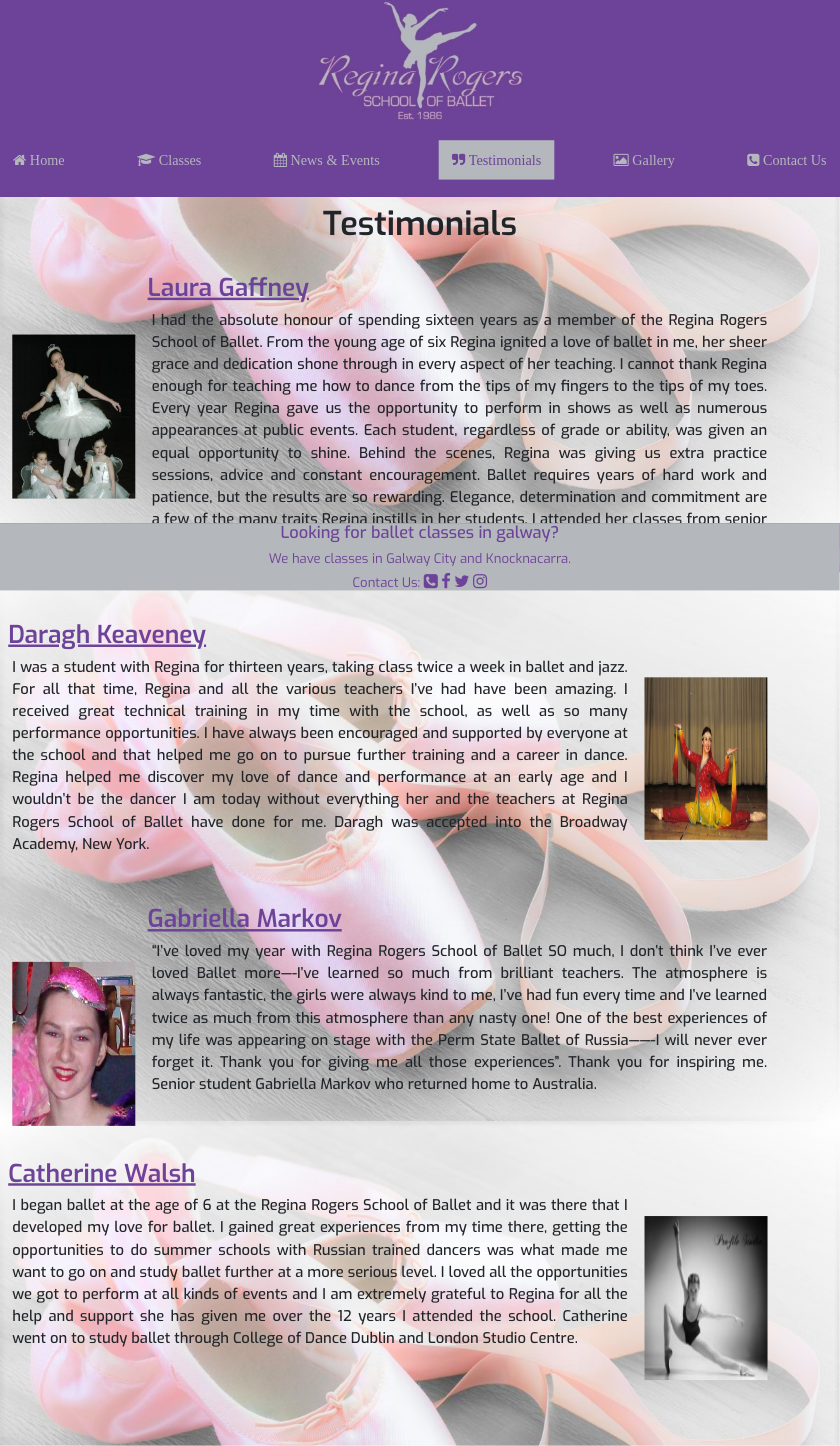
Repository: davidtmiller2010/galwayballet
Page: testimonial.html
The author's editor kept a record of every edit. The page is drawn from the files as they stood at one moment, then again after the next edit.
The browser window is 1024 px wide. The pictures show the whole page, at 82% of full size.

Above is the page before.

### testimonial.html
<!DOCTYPE html>
<html lang="en">

<head>
    <meta charset="UTF-8">
    <meta name="viewport" content="width=device-width, initial-scale=1.0">
    <meta http-equiv="X-UA-Compatible" content="ie=edge">
    <link rel="stylesheet" href="https://stackpath.bootstrapcdn.com/bootstrap/4.3.1/css/bootstrap.min.css" type="text/css" />
    <link rel="stylesheet" href="https://stackpath.bootstrapcdn.com/font-awesome/4.7.0/css/font-awesome.min.css" type="text/css" />
    <link rel="stylesheet" href="assets/css/style.css" type="text/css" />
    <link href="https://fonts.googleapis.com/css?family=Exo|Roboto" rel="stylesheet">
    <link href="https://fonts.googleapis.com/css?family=Dancing+Script" rel="stylesheet">
    <title>Regina Rogers</title>
</head>

<body>
    <header>
        <div>
            <li><i class="bars fa fa-bars"> MENU </i></li>
            <div id="logo">
                <!---logo--->
            </div>
        </div>
        <div>
            <ul class="navbar">
                <li><a href="index.html"><i class="fa fa-home fa-lg"> Home</i></a></li>
                <li><a href="classes.html"><i class="fa fa-graduation-cap fa-lg"> Classes</i></a></li>
                <li><a href="news.html"><i class="fa fa-calendar fa-lg"> News & Events</i></a></li>
                <li><a href="testimonial.html" class="active"><i class="fa fa-quote-right fa-lg"> Testimonials</i></a></li>
                <li><a href="gallery.html"><i class="fa fa-image fa-lg"> Gallery</i></a></li>
                <li><a href="contact.html"><i class="fa fa-phone-square fa-lg"> Contact Us</i></a></li>
            </ul>
        </div>
    </header>
    <section class="container-fluid1">
        <h2 class="heading">Testimonials</h2>
        <div class="row row1">
            <div class="col-sm-hidden">
                <img src="assets/images/laura.jpg" class="image">
            </div>
            <div class="testimonials">
                <h5 class="testhead">Laura Gaffney</h5>
                </br>
                <p class="paragraph">I had the absolute honour of spending sixteen years as a member of the Regina Rogers School of Ballet. From the young age of six Regina ignited a love of ballet in me, her sheer grace and dedication shone through in every aspect of her
                    teaching. I cannot thank Regina enough for teaching me how to dance from the tips of my fingers to the tips of my toes. Every year Regina gave us the opportunity to perform in shows as well as numerous appearances at public events.
                    Each student, regardless of grade or ability, was given an equal opportunity to shine. Behind the scenes, Regina was giving us extra practice sessions, advice and constant encouragement. Ballet requires years of hard work and patience,
                    but the results are so rewarding. Elegance, determination and commitment are a few of the many traits Regina instills in her students. I attended her classes from senior infants until well into my college years. I will be forever grateful
                    to Regina, not only for the skills I have learned(and earned!), but for her kindness and friendship throughout.
                </p>
            </div>
        </div>
        <div class="row row1">
            <div class="testimonials paragraph">
                <h5 class="testhead">Daragh Keaveney</h5>
                <p class="paragraph">I was a student with Regina for thirteen years, taking class twice a week in ballet and jazz. For all that time, Regina and all the various teachers I’ve had have been amazing. I received great technical training in my time with the school,
                    as well as so many performance opportunities. I have always been encouraged and supported by everyone at the school and that helped me go on to pursue further training and a career in dance. Regina helped me discover my love of dance
                    and performance at an early age and I wouldn’t be the dancer I am today without everything her and the teachers at Regina Rogers School of Ballet have done for me. Daragh was accepted into the Broadway Academy, New York.
                </p>
            </div>
            <div class="col-sm-hidden">
                <img src="assets/images/daragh.jpg" class="image">
            </div>
        </div>
        <div class="row row1">
            <div class="col-sm-hidden">
                <img src="assets/images/gabriella.jpg" class="image">
            </div>
            <div class="testimonials paragraph">
                <h5 class="testhead">Gabriella Markov</h5>
                <p class="paragraph">“I’ve loved my year with Regina Rogers School of Ballet SO much, I don’t think I’ve ever loved Ballet more—-I’ve learned so much from brilliant teachers. The atmosphere is always fantastic, the girls were always kind to me, I’ve had fun
                    every time and I’ve learned twice as much from this atmosphere than any nasty one! One of the best experiences of my life was appearing on stage with the Perm State Ballet of Russia——-I will never ever forget it. Thank you for giving
                    me all those experiences”. Thank you for inspiring me. Senior student Gabriella Markov who returned home to Australia.
                </p>
            </div>
        </div>
        <div class="row row1">
            <div class="testimonials paragraph">
                <h5 class="testhead">Catherine Walsh</h5>
                <p class="paragraph">I began ballet at the age of 6 at the Regina Rogers School of Ballet and it was there that I developed my love for ballet. I gained great experiences from my time there, getting the opportunities to do summer schools with Russian trained
                    dancers was what made me want to go on and study ballet further at a more serious level. I loved all the opportunities we got to perform at all kinds of events and I am extremely grateful to Regina for all the help and support she
                    has given me over the 12 years I attended the school. Catherine went on to study ballet through College of Dance Dublin and London Studio Centre.
                </p>
            </div>
            <div class="col-sm-hidden">
                <img src="assets/images/catherine.jpg" alt="Catherine Walsh" class="image">
            </div>
        </div>
    </section>
    <footer>
        <div class="footermessage">
            <h5 class="uppercase">Looking for ballet classes in galway?</h5>
            <p class="inline-block footermessage">
                We have classes in Galway City and Knocknacarra.
                <br> Contact Us:
                <a href="contact.html" target="_blank">
                    <i class="fa fa-phone-square infobutton" aria-hidden="true"></i>
                </a>
                <a target="_blank" href="https://www.facebook.com/Regina-Rogers-School-of-Ballet-568812096482190/">
                    <i class="fa fa-facebook infobutton" aria-hidden="true"></i>
                        <span class="sr-only">Facebook</span>
                </a>
                <a target="_blank" href="https://twitter.com/Twitter">
                    <i class="fa fa-twitter infobutton" aria-hidden="true"></i>
                        <span class="sr-only">Twitter</span>
                </a>
                <a target="_blank" href="https://www.instagram.com/instagram/">
                    <i class="fa fa-instagram infobutton" aria-hidden="true"></i>
                        <span class="sr-only">Instagram</span>
                </a>
            </p>
        </div>
    </footer>
    <script src="app.js"></script>
    <script src="https://code.jquery.com/jquery-3.3.1.slim.min.js" integrity="sha384-q8i/X+965DzO0rT7abK41JStQIAqVgRVzpbzo5smXKp4YfRvH+8abtTE1Pi6jizo" crossorigin="anonymous"></script>
    <script src="https://cdnjs.cloudflare.com/ajax/libs/popper.js/1.14.7/umd/popper.min.js" integrity="sha384-UO2eT0CpHqdSJQ6hJty5KVphtPhzWj9WO1clHTMGa3JDZwrnQq4sF86dIHNDz0W1" crossorigin="anonymous"></script>
    <script src="https://stackpath.bootstrapcdn.com/bootstrap/4.3.1/js/bootstrap.min.js" integrity="sha384-JjSmVgyd0p3pXB1rRibZUAYoIIy6OrQ6VrjIEaFf/nJGzIxFDsf4x0xIM+B07jRM" crossorigin="anonymous"></script>
</body>

### assets/css/style.css
@import url('https://fonts.googleapis.com/css?family=Exo:100,200,300,400,500,600,700|Roboto:100,200,300,400,500,600,700');

/*----------colors---------*/

.bg-color-details {
    background: none;
    color: #6D4399;
}

.formbg {
    background: none;
}

.bg-color-contact {
    color: #6D4399;
    background: none;
}

.submit {
    color: darkgreen;
    border: solid #B4B7BC;
    margin-top: 5px;
    font-weight: bold;
    padding: 10px;
    margin: 5px 10px 0 10px;
}

.reset {
    border: solid #B4B7BC;
    color: darkred;
    margin-top: 5px;
    font-weight: bold;
    padding: 10px;
    margin: 5px 10px 0 10px;
}

.bars {
    background-color: #6D4399;
    color: #B4B7BC;
    margin-left: 10px;
    margin-top: 10px;
    padding: 0;
    top: 0;
    display: block;
    cursor: pointer;
    z-index: 2;
    position: fixed
}

.form-control {
    border: solid #B4B7BC;
}

/*----------Header---------*/

header {
    margin-bottom: 0;
}

.icons {
    display: none;
}

ul {
    list-style-type: none;
    margin-bottom: 0;
    margin-top: 0;
    padding: 0;
    background-color: #6D4399;
}

li {
    float: left;
    list-style: none;
}

li a {
    display: block;
    color: #B4B7BC;
    text-align: center;
    padding: 14px 16px;
    text-decoration: none;
}

li a:hover:not(.active) {
    background-color: #B4B7BC;
}

li a:hover {
    color: white;
    background-color: #6D4399;
}

.active {
    background-color: #B4B7BC;
    color: #6D4399;
}

.headers1 {
    text-align: center;
}

/*----------body---------*/

body {
    top: 20px;
    background-image: url("../images/balletshoes.jpg");
    background-size: 100%;
    font-family: "Exo", sans-serif;
}

#logo {
    background: #6D4399;
    background-image: url("../images/reginalogo3.jpg");
    background-position: center;
    background-repeat: no-repeat;
    background-size: contain;
    top: 0;
    width: 100%;
    position: fixed;
    height: 150px;
    padding: 0;
    margin: 0;
    z-index: 1;
}

.row {
    margin-left: 25px;
    margin-right: 25px;
}

.row1 {
    margin: 10px 5px;
}

.layout {
    z-index: -1;
}

.paragraph {
    margin: 10px 5px;
    text-align: justify;
    text-justify: inter-word;
    font-family: "Exo", Times, serif;
    font-size: 18px;
    font-weight: 500;
    z-index: -1;
}

/*----------Footer---------*/

footer {
    background: #6D4399;
    color: #6D4399;
    padding-bottom: 0px;
    margin: 0;
    text-align: center;
    height: 60px;
    position: fixed;
    width: 100%;
    bottom: 22px;
}

.footermessage {
    background-color: #B4B7BC;
    margin: 0;
    height: 50px;
    padding: 0px;
}

.infobutton {
    background-color: #B4B7BC;
    font-size: 20px;
    color: #6D4399;
    margin: 0;
    margin-top: 5px;
    padding: 0;
    transition: all 0.5s ease-in-out;
    -moz-transition: all 0.5s ease-in-out;
    -webkit-transition: all 0.5s ease-in-out;
    -o-transition: all 0.5s ease-in-out;
}

.infobutton:hover {
    color: white;
}

/*----------Tables---------*/

table th {
    background: #6D4399;
    color: white;
    border: solid;
    border-color: #6D4399;
    text-align: center;
}

table td {
    border: solid;
    color: black;
    border-color: #6D4399;
}

#formstyle {
    width: 50%;
    display: inline-block;
    text-align: center;
    margin-left: 25%;
    margin-right: 25%;
}

.form-row {
    margin-top: 5px;
}

/*----------General---------*/

.headers {
    font-weight: 800;
    font-family: "Exo", sans-serif;
    text-align: center;
    text-decoration: underline;
}

.heading {
    font-weight: 600;
    font-family: "Exo", sans-serif;
    text-align: center;
    margin-top: 10px;
    font-size: 40px;
}

.headerstyle {
    font-weight: 700;
    font-family: "Exo", sans-serif;
    text-align: center;
    margin-bottom: 15px;
}

.testhead {
    font-weight: 600;
    font-family: "Exo", sans-serif;
    text-align: center;
    margin-top: 20px;
    font-size: 30px;
    text-decoration: underline;
    float: left;
    width: 100%;
    color: #6D4399;
}

.container-fluid1 {
    padding: 0;
    margin-top: 150px;
    margin-bottom: 80px;
    height: 100%;
    width: 100%;
}

.contact-heading {
    margin: 25px 0;
}

.gallery {
    width: 100%;
    text-align: center;
}

.news {
    z-index: -1;
    font-weight: 600;
    text-align: center;
    margin: 10px 0 20px 0px;
}

.newsheader {
    margin-top: 10px;
    text-align: center;
    text-decoration: underline;
    font-weight: bold;
    color: #696969;
}

.bordernews {
    border-style: solid;
    border-width: 1px;
    font-weight: 600;
}

/*----------Testimonials---------*/

.testimonials {
    padding: 0;
    margin: 5px;
    width: 95%;
    text-align: justify;
    z-index: -1;
    font-weight: 600;
    font-family: "Exo", sans-serif;
}

/*----------Media Queries---------*/

@media screen and (max-width: 767px) {
    /* Mobile */
    ul {
        font-size: 15px;
    }

    nav ul a {
        margin-right: 60%;
        display: inline-block;
    }

    .fontsize {
        font-size: 20px;
        margin-bottom: 25px;
        text-align: left;
        margin-right: 10px;
        font-weight: 600;
    }

    .footermessage {
        font-size: 15px;
    }

    .center {
        width: 50%;
        display: block;
        margin-left: auto;
        margin-right: auto;
        height: 50%;
    }

    .table {
        border: solid;
        width: 90%;
        height: 100%;
        color: black;
        border-color: #6D4399;
        margin-left: 10%;
        margin-right: 10%;
        background-color: #B4B7BC;
        overflow: auto;
        font-size: 17px;
    }

    .responsive {
        overflow: auto;
        height: 100%;
        width: 340px;
        margin: 0;
    }

    .newsheader {
        margin-top: 15px;
    }

    h6 {
        font-size: 30px;
    }

    .picdimensions {
        width: 0px;
        height: 0px;
    }

    .parastyle {
        font-size: 15px;
    }

    .navbar {
        display: flex;
        flex-direction: column;
        align-items: left;
        background-color: #6D4399;
        position: fixed;
        top: 25px;
        width: 50%;
        height: 50%;
        padding: 0;
        float: right;
        transform: translateX(-100%);
        z-index: 2;
    }

    .navbar-active {
        transform: translateX(0);
    }

    #formstyle {
        width: 80%;
        display: inline-block;
        text-align: center;
        margin-left: 10%;
        margin-right: 10%;
    }

    .textsize {
        font-size: 20px;
        color:#6D4399;
    }

    .video {
        width: 0;
        height: 0;
    }

    .image {
        display: none;
    }

    .pic1 {
        display: none;
    }
}

@media screen and (min-width: 768px) and (max-width: 1024px) {
    /* Tablet */
    ul {
        font-size: 13px;
    }

    .bars {
        display: none;
    }

    nav ul a {
        margin-right: 25%;
        display: inline-block;
    }

    .gallery {
        width: 49%;
        text-align: center;
    }

    .testimonials {
        padding: 0;
        margin: 5px;
        width: 75%;
        text-align: justify;
        z-index: -1;
        font-weight: 600;
        font-family: "Exo", sans-serif;
    }

    .image {
        width: 150px;
        height: 200px;
        margin: 100px 10px 0 10px;
        align-items: center;
    }

    .center {
        width: 60%;
        display: block;
        margin: 5px 20% 5px 20%;
        height: 50%;
        text-align: center;
    }

    .fontsize {
        font-size: 20px;
        margin-bottom: 20px;
        margin-right: 10px;
        text-align: left;
        font-weight: 600;
    }

    .newsheader {
        margin-top: 10px;
        text-align: center;
        text-decoration: underline;
        font-weight: bold;
        color: #191970;
        font-size: 30px;
    }

    .table {
        border: solid;
        width: 100%;
        height: 100%;
        color: black;
        border-color: #6D4399;
        margin-left: 10%;
        margin-right: 10%;
        background-color: #B4B7BC;
        overflow: auto;
    }

    .responsive {
        /*only for devices (min-width:768px) and (max-width:1000px)*/
        overflow: auto;
        height: 100%;
        width: 660px;
        margin-left: 10px;
        margin-right: 10px;
    }

    .picdimensions {
        width: 300px;
        height: 200px;
    }

    .paragraph {
        margin: 10px 5px;
        text-align: justify;
        text-justify: inter-word;
        font-family: "Exo", Times, serif;
        font-size: 18px;
        font-weight: 500;
        z-index: -1;
    }

    .navbar {
        overflow: hidden;
        background-color: #6D4399;
        position: fixed;
        top: 150px;
        width: 100%;
        height: 90px;
        padding: 0;
        float: right;
        z-index: 2;
    }

    .container-fluid1 {
        padding: 0;
        margin-top: 250px;
        margin-bottom: 80px;
        height: 100%;
        width: 100%;
    }

    header {
        margin-bottom: 90px;
    }

    .testhead {
        text-align: left;
        float: left;
        width: 100%;
        color: #6D4399;
    }

    .textsize {
        font-size: 20px;
    }
}

@media screen and (min-width: 1000px) and (max-width: 1024px) {
    /* Large Tablet */
    .responsive {
        overflow: auto;
        height: 100%;
        width: 900px;
        margin-left: 10px;
        margin-right: 10px;
    }
}

@media screen and (min-width: 1025px) {
    /* Desktop */
    .bars {
        display: none;
    }

    .gallery {
        margin: 1px;
        text-align: center;
        width: 32%;
    }

    .testimonials {
        padding: 0;
        margin: 1px;
        width: 70%;
        text-align: justify;
        z-index: -1;
        font-weight: 600;
        font-family: "Exo", sans-serif;
        float: left;
    }

    .image {
        width: 400px;
        height: 350px;
        margin: 10px 5px 10px 5px;
        float: left;
    }

    .center {
        width: 540px;
        display: block;
        margin: 10px 2px 10px 2px;
        height: 300px;
        text-align: center;
    }

    .fontsize {
        font-size: 25px;
        margin-bottom: 10px;
        text-align: left;
        margin-right: 10px;
        font-weight: 600;
        min-height: 120px;
    }

    .newsheader {
        margin-top: 10px;
        text-align: left;
        text-decoration: underline;
        font-weight: bold;
        color: #6D4399;
        font-size: 30px;
    }

    .table {
        border: solid;
        width: 100%;
        height: 100%;
        color: black;
        border-color: #6D4399;
        background-color: #B4B7BC;
        overflow: auto;
    }

    .responsive {
        overflow: auto;
        height: 100%;
        width: 90%;
        margin-left: 5%;
        margin-right: 5%;
    }

    .picdimensions {
        width: 380px;
        height: 260px;
    }

    .paragraph {
        margin: 15px 5px 40px 5px;
        text-align: justify;
        text-justify: inter-word;
        font-family: "Exo", Times, serif;
        font-size: 23px;
        font-weight: 500;
        z-index: -1;
        float: left;
    }

    .paraindex {
        margin: 25px 10px;
        text-align: justify;
        text-justify: inter-word;
        font-family: "Exo", Times, serif;
        font-size: 23px;
        font-weight: 500;
        z-index: -1;
    }

    .navbar {
        overflow: hidden;
        background-color: #6D4399;
        position: fixed;
        top: 150px;
        width: 100%;
        height: 90px;
        padding: 0;
        float: right;
        z-index: 2;
    }

    .container-fluid1 {
        padding: 0;
        margin-top: 280px;
        margin-bottom: 80px;
        height: 100%;
        width: 100%;
    }

    header {
        margin-bottom: 90px;
    }

    .testhead {
        text-align: left;
        float: left;
        margin: 0 15px;
        color: #6D4399;
    }
}

### app.js
// JavaScript File
const navbarSlide = () => {
    const bars = document.querySelector('.bars');
    const navbar = document.querySelector('.navbar');

    bars.addEventListener('click', () => {
        navbar.classList.toggle('navbar-active');
    })
}

navbarSlide();

After the next edit:
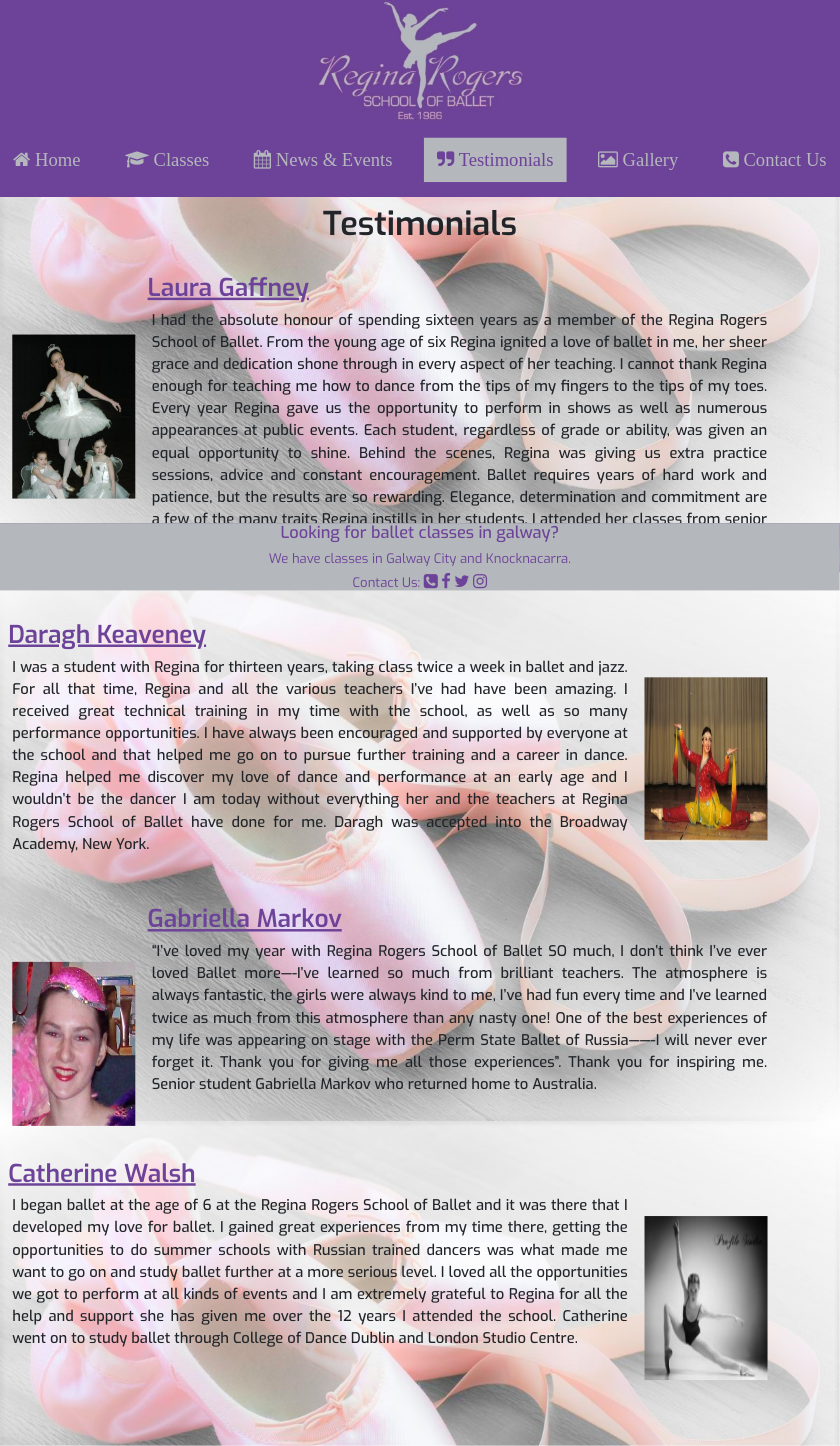
The edit:
--- a/assets/css/style.css
+++ b/assets/css/style.css
@@ -558,6 +558,10 @@
         margin-left: 10px;
         margin-right: 10px;
     }
+
+    ul {
+        font-size: 17px;
+    }
 }
 
 @media screen and (min-width: 1025px) {
